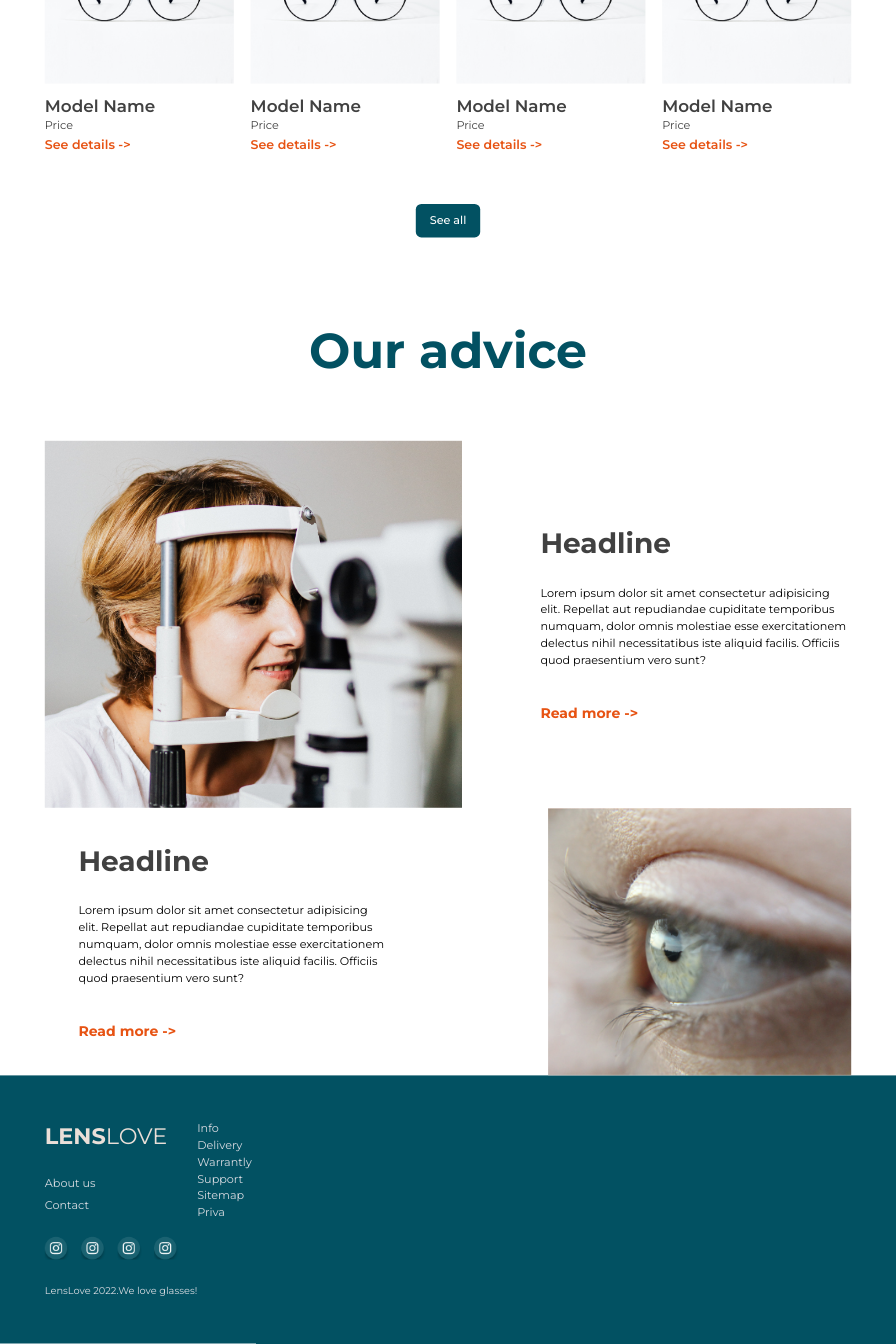
Repository: thienthanhvinh/glasses-react
Page: /
These files come from the project's save history. The page is drawn as it stood at one moment and after a run of saves; the edit follows.
The browser window is 1280 px wide. The pictures show the part of the page from y = 3725 to 5645 px (the page is 5645 px tall), at 70% of full size.
The project was rebuilt for these pictures with package versions that can differ from the ones it lists, and the page was loaded fresh each time. Also part of the build but not shown: src/App.css, src/components/common/FormGroup.js, src/components/input/Input.js, src/components/label/Label.js, src/hooks/useDarkMode.js, src/layout/LayoutAuthentication.js, src/components/icons/IconEyeToggle.js, src/pages/SignInPage.js and 1 more.

Above is the page before, as saved 2023-02-13 10:25:03.

### public/index.html
<!DOCTYPE html>
<html lang="en">
  <head>
    <meta charset="utf-8" />
    <link rel="icon" href="%PUBLIC_URL%/favicon.ico" />
    <meta name="viewport" content="width=device-width, initial-scale=1" />
    <meta name="theme-color" content="#000000" />
    <meta
      name="description"
      content="Web site created using create-react-app"
    />
    <link rel="apple-touch-icon" href="%PUBLIC_URL%/logo192.png" />
    <!--
      manifest.json provides metadata used when your web app is installed on a
      user's mobile device or desktop. See https://developers.google.com/web/fundamentals/web-app-manifest/
    -->
    <link rel="manifest" href="%PUBLIC_URL%/manifest.json" />
    <!--
      Notice the use of %PUBLIC_URL% in the tags above.
      It will be replaced with the URL of the `public` folder during the build.
      Only files inside the `public` folder can be referenced from the HTML.

      Unlike "/favicon.ico" or "favicon.ico", "%PUBLIC_URL%/favicon.ico" will
      work correctly both with client-side routing and a non-root public URL.
      Learn how to configure a non-root public URL by running `npm run build`.
    -->
    <link href="https://fonts.googleapis.com/css2?family=Montserrat:wght@300;400;500;600;700&display=swap" rel="stylesheet">
    <title>React App</title>
  </head>
  <body>
    <noscript>You need to enable JavaScript to run this app.</noscript>
    <div id="root"></div>
    <!--
      This HTML file is a template.
      If you open it directly in the browser, you will see an empty page.

      You can add webfonts, meta tags, or analytics to this file.
      The build step will place the bundled scripts into the <body> tag.

      To begin the development, run `npm start` or `yarn start`.
      To create a production bundle, use `npm run build` or `yarn build`.
    -->
  </body>
</html>

### src/index.js
import React from 'react';
import ReactDOM from 'react-dom/client';
import './index.css';
import App from './App';
import reportWebVitals from './reportWebVitals';
import { BrowserRouter } from 'react-router-dom';
import { ToastContainer, toast } from 'react-toastify';
import 'react-toastify/dist/ReactToastify.css';

const root = ReactDOM.createRoot(document.getElementById('root'));
root.render(
  // <React.StrictMode>
  <BrowserRouter>
    <App />
    <ToastContainer></ToastContainer>
  </BrowserRouter>
  // </React.StrictMode>
);

// If you want to start measuring performance in your app, pass a function
// to log results (for example: reportWebVitals(console.log))
// or send to an analytics endpoint. Learn more: https://bit.ly/CRA-vitals
reportWebVitals();

### src/index.css
/* body {
  margin: 0;
  font-family: -apple-system, BlinkMacSystemFont, 'Segoe UI', 'Roboto', 'Oxygen',
    'Ubuntu', 'Cantarell', 'Fira Sans', 'Droid Sans', 'Helvetica Neue',
    sans-serif;
  -webkit-font-smoothing: antialiased;
  -moz-osx-font-smoothing: grayscale;
}

code {
  font-family: source-code-pro, Menlo, Monaco, Consolas, 'Courier New',
    monospace;
} */

@tailwind base;
@tailwind components;
@tailwind utilities;

body {
  font-family: 'Montserrat', sans-serif;
}
/* .darkmode-input:checked + div .darkmode-spinner {
  transform: translateX(33px);
} */
.active-light {
  transform: translateX(0px);
  transition: all 0.4s;
}
.active-dark {
  transform: translateX(33px);
  transition: all 0.4s;
}

/* .darkmode-input:checked + div {


} */

/* .darkmode-input:checked + div .darkmode-spinner {
  background-color: white;
} */

### src/App.js

import { Route, Routes } from 'react-router-dom';
import './App.css';
import HomePage from './pages/HomePage';
import SignInPage from './pages/SignInPage';
import SignUpPage from './pages/SignUpPage';

function App() {
  return (
    <Routes>
      <Route path='/sign-up' element={<SignUpPage></SignUpPage>}></Route>
      <Route path='/sign-in' element={<SignInPage></SignInPage>}></Route>
      <Route path='/' element={<HomePage></HomePage>}></Route>
    </Routes>
  );
}

export default App;

### src/pages/HomePage.js
import React, { Fragment } from "react";
import Category from "../components/category/Category";
import Heading from "../components/common/Heading";
import Intro from "../components/intro/Intro";
import SpringSales from "../components/sales/SpringSales";
import LayoutMenu from "../layout/LayoutMenu";
import GlassesGrid from "../modules/GlassesGrid";
import GlassesItem from "../modules/GlassesItem";
import { v4 } from "uuid";
import Button from "../components/button/Button";
import HeadLine from "../modules/HeadLine";
import LayoutFooter from "../layout/LayoutFooter";

const HomePage = () => {
  return (
    <Fragment>
      <LayoutMenu></LayoutMenu>
      <SpringSales></SpringSales>
      <Intro></Intro>
      <Category></Category>
      <Heading>Popular</Heading>
      <GlassesGrid>
        {Array(4)
          .fill(0)
          .map((item) => (
            <GlassesItem key={v4()}></GlassesItem>
          ))}
        {/* <GlassesItem></GlassesItem> */}
      </GlassesGrid>
      <div className="text-center mb-[140px]">
        <Button className="mt-[70px] px-5 py-2 rounded-[4px]">See all</Button>
      </div>
      <Heading>New</Heading>
      <GlassesGrid>
        {Array(4)
          .fill(0)
          .map((item) => (
            <GlassesItem key={v4()}></GlassesItem>
          ))}
      </GlassesGrid>
      <div className="text-center mb-[140px]">
        <Button className="mt-[70px] px-5 py-2 rounded-[4px]">See all</Button>
      </div>
      <Heading>Sunwear</Heading>
      <GlassesGrid>
        {Array(4)
          .fill(0)
          .map((item) => (
            <GlassesItem key={v4()}></GlassesItem>
          ))}
      </GlassesGrid>
      <div className="text-center mb-[112px]">
        <Button className="mt-[70px] px-5 py-2 rounded-[4px]">See all</Button>
      </div>
      <Heading className="mb-[80px]">Our advice</Heading>
      <HeadLine></HeadLine>
      <HeadLine type="secondary"></HeadLine>
      <LayoutFooter></LayoutFooter>
    </Fragment>
  );
};

export default HomePage;

### src/components/category/Category.js
import React from 'react';
import Button from '../button/Button';

const Category = () => {
    return (
        <div className='flex mb-[112px] mx-auto max-w-[1400px] w-full gap-x-2'>
            <div className='h-[596px] relative'>
                <img src="/category1.png" alt="" className='w-full h-full object-cover' />
                <div className='absolute bottom-24 left-14'>
                    <p className='font-extrabold text-[40px] leading-[98px] text-white'>Optical</p>
                    <Button className='bg-secondary text-primary rounded-[4px] px-6 py-2 font-bold text-lg leading-[30px]'>Buy</Button>
                </div>
            </div>
            <div className='h-[596px] relative'>
                <img src="/category2.png" alt="" className='w-full h-full object-cover' />
                <div className='absolute bottom-24 left-14'>
                    <p className='font-extrabold text-[40px] leading-[98px] text-white'>Sunwear</p>
                    <Button className='bg-secondary text-primary rounded-[4px] px-6 py-2 font-bold text-lg leading-[30px]'>Buy</Button>
                </div>
            </div>
        </div>
    );
};

export default Category;

### src/components/common/Heading.js
import React from 'react';

const Heading = ({children, className = ''}) => {
    return (
        <h2 className={`font-extrabold text-[70px] leading-[98px] text-center text-primary mb-[70px] ${className}`}>
            {children}
        </h2>
    );
};
export default Heading;

### src/components/intro/Intro.js
import React from 'react';

const Intro = () => {
    return (
        <div className='flex items-center justify-center gap-x-[300px] mt-[64px] mb-[110px]'>
            <div className='flex flex-col items-center'>
                <img srcSet="/Icon1.png 2x" alt="" className='w-[80px] h-[80px] object-cover' />
                <p className='text-tertiary text-xl leading-[30px] font-bold'>Original products</p>
            </div>
            <div className='flex flex-col items-center'>
                <img srcSet="/Icon2.png 2x" alt="" className='w-[80px] h-[80px] object-cover' />
                <p className='text-tertiary text-xl leading-[30px] font-bold'>Original products</p>
            </div>
            <div className='flex flex-col items-center'>
                <img srcSet="/Icon3.png 2x" alt="" className='w-[80px] h-[80px] object-cover' />
                <p className='text-tertiary text-xl leading-[30px] font-bold'>Original products</p>
            </div>
        </div>
    );
};

export default Intro;

### src/components/sales/SpringSales.js
import React from 'react';
import Button from '../button/Button';

const SpringSales = () => {
    return (
        <div className='bg-secondary h-[700px] w-full flex items-center justify-between'>
            <div className='ml-[112px]'>
                <h2 className='text-primary text-[70px] font-extrabold leading-[98px]'>Spring Sale</h2>
                <p className='text-primary text-[50px] font-medium leading-[68px] mb-[48px]'>Up to -40%</p>
                <Button className='text-white bg-primary rounded-lg px-8 py-2 text-lg'>See offer</Button>
            </div>
            <div className='h-[700px]'>
                <img src="/photo1.png" alt="" className='w-full h-auto object-cover' />
            </div>
        </div>
    );
};

export default SpringSales;

### src/layout/LayoutMenu.js
import React from "react";
import { Link } from "react-router-dom";
import Navbar from "../components/navbar/Navbar";

const LayoutMenu = () => {
  return (
    <div className="py-10 px-16">
      <div className="flex items-center justify-between mb-14">
        <img src="/logo.png" alt="" className="w-[140px] h-auto object-cover" />
        <div className="flex gap-x-5 text-secondary-3 text-[15px] font-medium">
            <span>0371 525 777</span>
            <Link to="/">Help</Link>
            <Link to="/sign-in">Account</Link>
        </div>
      </div>
      <Navbar></Navbar>
    </div>
  );
};

export default LayoutMenu;

### src/modules/GlassesGrid.js
import React from 'react';

const GlassesGrid = ({children, className = ''}) => {
    return (
        <div className={`grid grid-cols-4 gap-x-6 px-16 ${className}`}>
            {children}
        </div>
    );
};

export default GlassesGrid;

### src/modules/GlassesItem.js
import React from "react";

const GlassesItem = () => {
  return (
    <div className="flex flex-col">
      <div className="h-[250px] mb-4">
        <img src="/glasses.png" alt="" className="w-full h-full object-cover" />
      </div>
      <p className="text-secondary-3 font-semibold text-2xl">Model Name</p>
      <p className="font-normal text-secondary-3">Price</p>
      <p className="font-semibold text-lg leading-[30px] text-tertiary">
        See details ->
      </p>
    </div>
  );
};

export default GlassesItem;

### src/components/button/Button.js
import React from 'react';

const Button = ({type, children, className=''}) => {
    return (
        <button type='submit' className={`bg-primary text-white ${className} rounded-lg px-3 py-3 font-medium`}>
            {children}
        </button>
    );
};

export default Button;

### src/modules/HeadLine.js
import React from "react";
import HeadlineImage from "./HeadlineImage";
import HeadlineContent from "./HeadlineContent";

const HeadLine = ({type = "default"}) => {
    if(type === "default") {
        return (
            <div className="w-full flex items-center gap-x-[112px] px-16">
              <HeadlineImage></HeadlineImage>
              <HeadlineContent></HeadlineContent>
            </div>
          );
    } else {
        return (
            <div className="w-full flex items-center gap-x-[227px] px-16">
              <HeadlineContent className="ml-[48px]"></HeadlineContent>
              <HeadlineImage src="headline2.png" className=""></HeadlineImage>
            </div>
          );
    }

};

export default HeadLine;

### src/layout/LayoutFooter.js
import React from 'react';
import { Link } from 'react-router-dom';

const LayoutFooter = () => {
    return (
        <div className='bg-primary flex px-16 py-16 text-gray-white'>
            <div className='flex flex-col'>
                <h2 className='text-secondary font-extrabold text-[32px] leading-[46px] mb-8'>LENS<span className='font-normal'>LOVE</span></h2>
                <Link to="/about" className='mb-2'>About us</Link>
                <Link to="contact" className='mb-8'>Contact</Link>
                <div className='flex gap-x-4 mb-8'>
                    <span><img src="/Instagram.png" alt="" /></span>
                    <span><img src="/Instagram.png" alt="" /></span>
                    <span><img src="/Instagram.png" alt="" /></span>
                    <span><img src="/Instagram.png" alt="" /></span>
                </div>
                <p className='text-[14px] leading-[24px]'>LensLove 2022.We love glasses!</p>
            </div>
            <div>
                <div>
                    <h3>Info</h3>
                    <p>Delivery</p>
                    <p>Warrantly</p>
                    <p>Support</p>
                    <p>Sitemap</p>
                    <p>Priva</p>
                </div>
            </div>
        </div>
    );
};

export default LayoutFooter;

### src/components/navbar/Navbar.js
import React from "react";
import { Link } from "react-router-dom";

const Navbar = () => {
  return (
    <div className="flex">
      <ul className="flex text-sm font-semibold gap-x-8">
        <li>
          <Link to="/">Shops</Link>
        </li>
        <li>
          <Link to="/">Offers</Link>
        </li>
        <li>
          <Link to="/">Warranty</Link>
        </li>
        <li>
          <Link to="/">Medical</Link>
        </li>
        <li>
          <Link to="/">Info</Link>
        </li>
        <li>
          <Link to="/">Blog</Link>
        </li>
        <li>
          <Link to="/">About us</Link>
        </li>
        <li>
          <Link to="/">Contact</Link>
        </li>
      </ul>
      <div className="ml-auto flex items-center gap-x-8">
        <div className="flex gap-x-[6px] items-center">
          <svg
            width={18}
            height={17}
            viewBox="0 0 18 17"
            fill="none"
            xmlns="http://www.w3.org/2000/svg"
          >
            <path
              d="M17.153 15.747L12.8535 11.5161C13.9794 10.2929 14.6712 8.67509 14.6712 6.89489C14.6707 3.0867 11.534 0 7.66437 0C3.79477 0 0.658081 3.0867 0.658081 6.89489C0.658081 10.7031 3.79477 13.7898 7.66437 13.7898C9.3363 13.7898 10.8698 13.2115 12.0743 12.2501L16.3905 16.4976C16.6008 16.7047 16.9422 16.7047 17.1525 16.4976C17.3633 16.2904 17.3633 15.9541 17.153 15.747ZM7.66437 12.729C4.39027 12.729 1.7361 10.117 1.7361 6.89489C1.7361 3.67281 4.39027 1.06082 7.66437 1.06082C10.9385 1.06082 13.5926 3.67281 13.5926 6.89489C13.5926 10.117 10.9385 12.729 7.66437 12.729Z"
              fill="#414141"
            />
          </svg>
          <span className="text-sm font-semibold">Search</span>
        </div>
        <span>
          <svg
            width="19"
            height="17"
            viewBox="0 0 19 17"
            fill="none"
            xmlns="http://www.w3.org/2000/svg"
          >
            <path
              d="M2.14414 8.80841C0.111678 6.47788 0.614575 3.72661 2.23686 2.03652C3.85628 0.349414 6.5587 -0.245866 8.98238 1.79479L8.98243 1.79483C9.37299 2.12358 9.93842 2.1081 10.3148 1.781L10.3148 1.78097C12.5442 -0.15713 15.2905 0.329246 16.9821 1.956C17.8273 2.76872 18.3905 3.85299 18.4856 5.03784C18.5799 6.21232 18.2175 7.5254 17.1436 8.81679L10.2601 16.0112C9.92623 16.3602 9.36908 16.3602 9.03526 16.0113L2.14414 8.80841Z"
              stroke="#414141"
            />
          </svg>
        </span>
        <span>
          <svg
            width="17"
            height="18"
            viewBox="0 0 17 18"
            fill="none"
            xmlns="http://www.w3.org/2000/svg"
          >
            <path
              d="M0.672966 15.0244L1.47201 5.03632H10.653L11.452 15.0244C11.5228 15.9093 10.8238 16.6665 9.93602 16.6665H2.18895C1.30121 16.6665 0.602173 15.9093 0.672966 15.0244Z"
              stroke="#414141"
              stroke-linecap="round"
              stroke-linejoin="round"
            />
            <path
              d="M3.58252 7.56769V3.52604C3.58252 2.68402 4.08773 1 6.10856 1C8.12938 1 8.63459 2.68402 8.63459 3.52604V7.56769"
              stroke="#414141"
              stroke-linecap="round"
              stroke-linejoin="round"
            />
            <rect x="6" y="9" width="11" height="8" rx="4" fill="#414141" />
            <path
              d="M11.8424 15.084C11.5568 15.084 11.3048 15.0233 11.0864 14.902C10.868 14.7788 10.6972 14.608 10.574 14.3896C10.4527 14.1712 10.392 13.9192 10.392 13.6336V12.3344C10.392 12.0488 10.4527 11.7968 10.574 11.5784C10.6972 11.36 10.868 11.1901 11.0864 11.0688C11.3048 10.9456 11.5568 10.884 11.8424 10.884C12.128 10.884 12.3791 10.9456 12.5956 11.0688C12.814 11.1901 12.9848 11.36 13.108 11.5784C13.2312 11.7968 13.2928 12.0488 13.2928 12.3344V13.6336C13.2928 13.9192 13.2312 14.1712 13.108 14.3896C12.9848 14.608 12.814 14.7788 12.5956 14.902C12.3791 15.0233 12.128 15.084 11.8424 15.084ZM11.8424 14.4428C11.9843 14.4428 12.1131 14.4092 12.2288 14.342C12.3445 14.2729 12.436 14.1815 12.5032 14.0676C12.5704 13.9519 12.604 13.8231 12.604 13.6812V12.284C12.604 12.1403 12.5704 12.0115 12.5032 11.8976C12.436 11.7819 12.3445 11.6904 12.2288 11.6232C12.1131 11.5541 11.9843 11.5196 11.8424 11.5196C11.7005 11.5196 11.5717 11.5541 11.456 11.6232C11.3403 11.6904 11.2488 11.7819 11.1816 11.8976C11.1144 12.0115 11.0808 12.1403 11.0808 12.284V13.6812C11.0808 13.8231 11.1144 13.9519 11.1816 14.0676C11.2488 14.1815 11.3403 14.2729 11.456 14.342C11.5717 14.4092 11.7005 14.4428 11.8424 14.4428Z"
              fill="white"
            />
          </svg>
        </span>
      </div>
    </div>
  );
};

export default Navbar;

### src/modules/HeadlineImage.js
import React from 'react';

const HeadlineImage = ({className= '', src = "/headline1.png"}) => {
    return (
        <div className={className}>
             <img src={src} alt="" />
        </div>
    );
};

export default HeadlineImage;

### src/modules/HeadlineContent.js
import React from "react";

const HeadlineContent = ({className = ''}) => {
  return (
    <div className={className}>
      <h2 className="text-secondary-3 font-extrabold text-[40px] leading-[54px] mb-8">
        Headline
      </h2>
      <p className="w-[444px] mb-[48px]">
        Lorem ipsum dolor sit amet consectetur adipisicing elit. Repellat aut
        repudiandae cupiditate temporibus numquam, dolor omnis molestiae esse
        exercitationem delectus nihil necessitatibus iste aliquid facilis.
        Officiis quod praesentium vero sunt?
      </p>
      <p className="text-tertiary text-xl font-bold leading-[30px]">
        Read more ->
      </p>
    </div>
  );
};

export default HeadlineContent;

### tailwind.config.js
/** @type {import('tailwindcss').Config} */
module.exports = {
  content: [
    "./src/**/*.{js,jsx,ts,tsx}",
  ],
  darkMode: 'class',
  theme: {
    extend: {
      colors: {
        'color-1': "#808191",
        'color-2': "#2d3436",
        'primary' : '#025162',
        'secondary': '#EADFD8',
        'secondary-3': '#414141',
        'tertiary' : '#E75313',
        'lens': '#D4E1F4',
        'gray-white': '#D9DBE1',
        'dark-text-primary': '#dfe6e9',
        'dark-color' : '#4e4f50',
        'dark-secon-color': '#2d3436',
        'dark-third-color': '#3a3a3a',
        'dark-four-color' : '#242526',
        'dark-five-color' : '#3A3A3A',

      }
    },
  },
  plugins: [],
}

Loaded but not shown: src/reportWebVitals.js (common file)

After the next 5 saves:
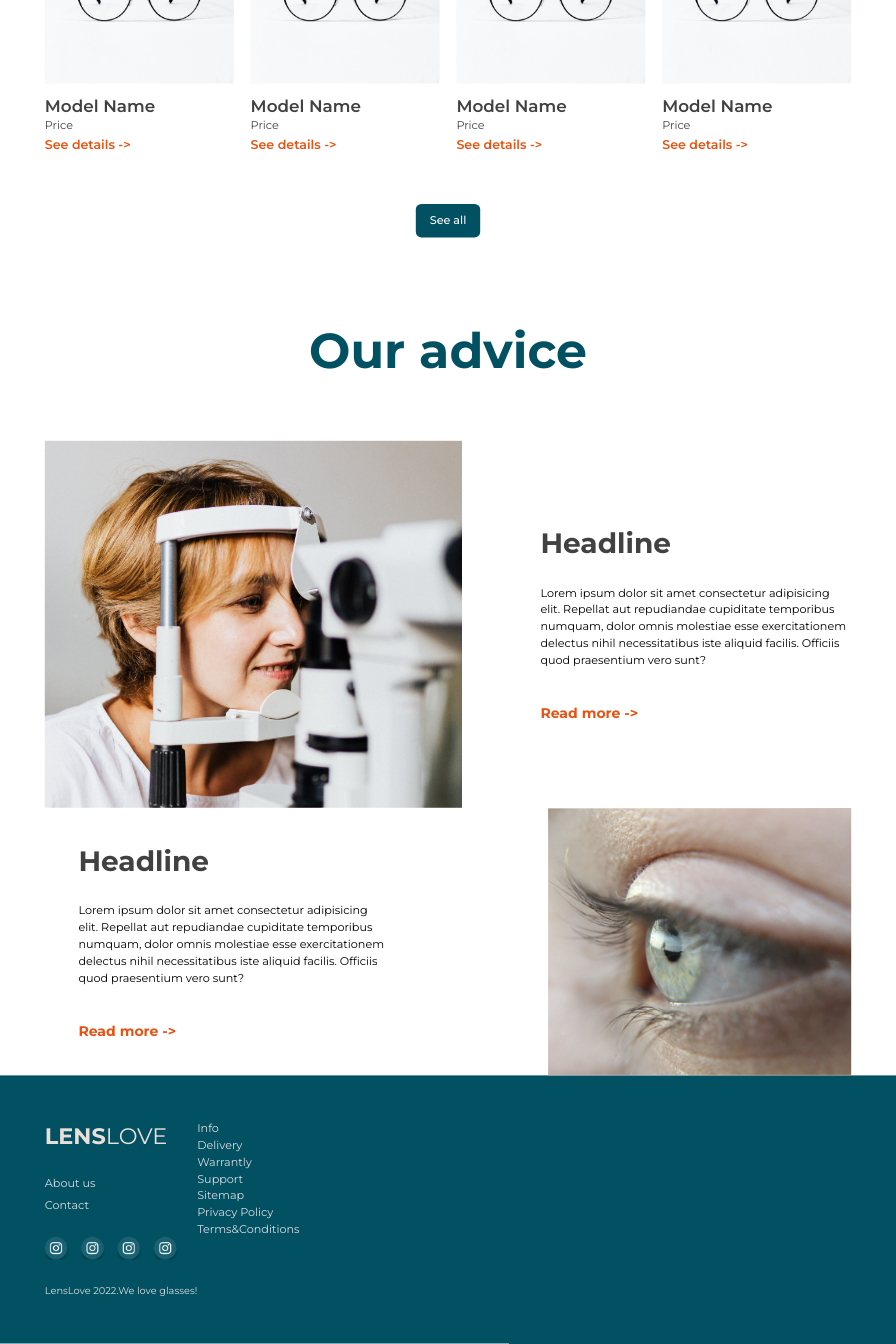
The 5 saves are shown as one change because they came seconds apart.
The last was saved 13 s later.
--- a/src/layout/LayoutFooter.js
+++ b/src/layout/LayoutFooter.js
@@ -23,7 +23,8 @@ const LayoutFooter = () => {
                     <p>Warrantly</p>
                     <p>Support</p>
                     <p>Sitemap</p>
-                    <p>Priva</p>
+                    <p>Privacy Policy</p>
+                    <p>Terms&Conditions</p>
                 </div>
             </div>
         </div>
